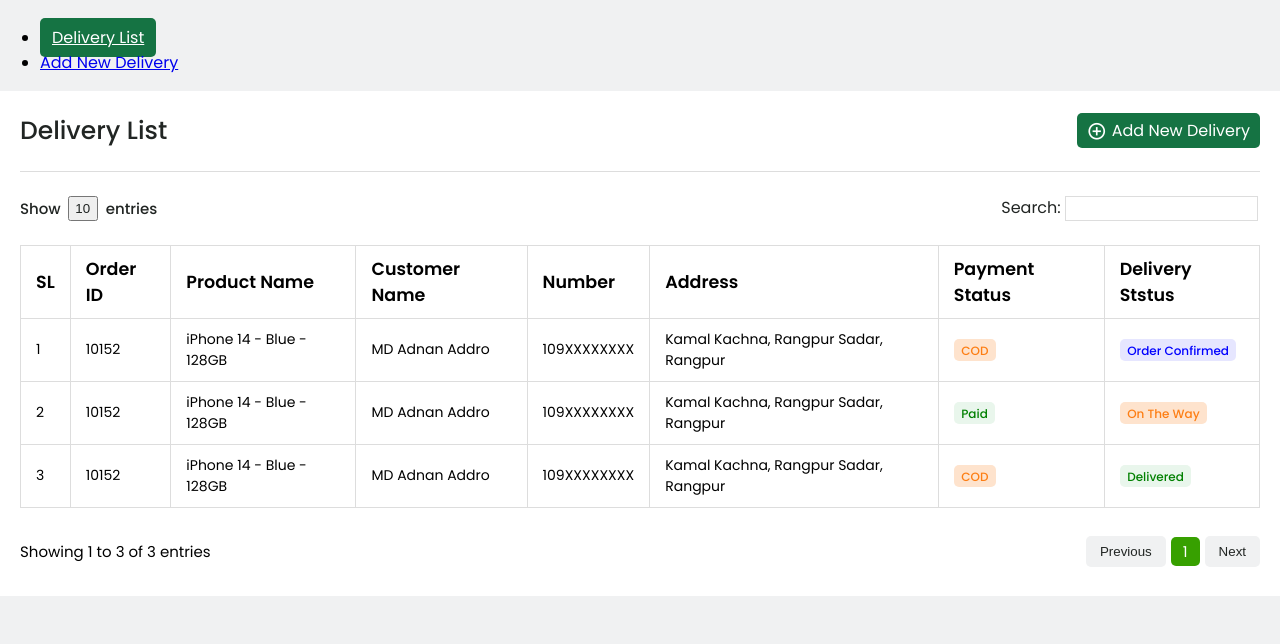
Repository: codebyaddro/delivery-page
Page: delivery.html
These files come from the project's save history. The page is drawn as it stood at one moment and after the next save; the edit follows.
The browser window is 1280 px wide. The pictures show the whole page.

Above is the page before, as saved 2025-02-27 14:36:06.

After the next save:
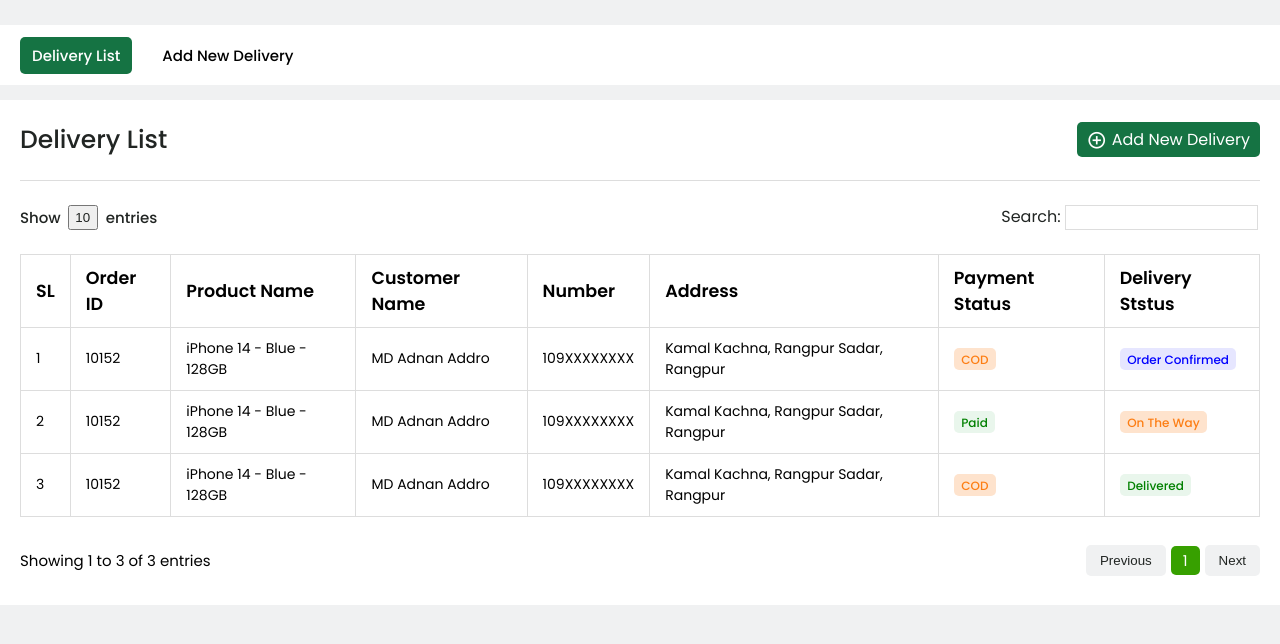
Saved 59 s later.
--- a/delivery.html
+++ b/delivery.html
@@ -9,7 +9,7 @@
 </head>
 <body>
     <div class="cba-delivery-container">
-        <div class="top-menus">
+        <div class="cba-delivery-top-menus">
             <ul>
                 <li><a href="/index.html" class="cba-delivery-active-menu">Delivery List</a></li>
                 <li><a href="/inner-page/html/anb.html" class="cba-delivery-light-up">Add New Delivery</a></li>
